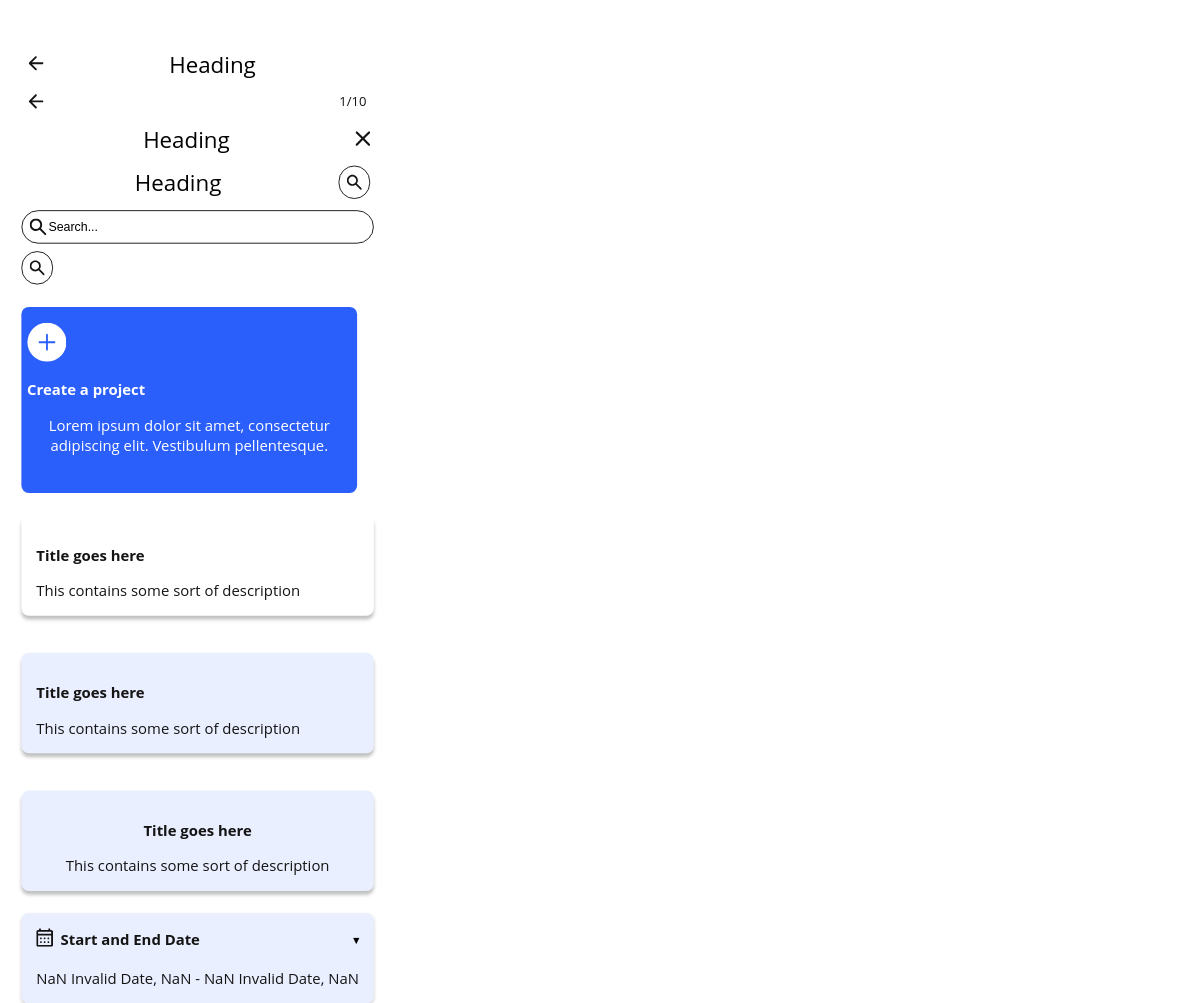
Repository: brunaguarizo/mosaic_app
Page: /
An editor plug-in stored every save of this project. The page is shown before and after the next save, followed by the edit.
The browser window is 1280 px wide. The pictures show the whole page, at 93% of full size.
The project was rebuilt for these pictures with package versions that can differ from the ones it lists, and the page was loaded fresh each time. The framework's server and built-in components were replaced by stand-ins that run in the browser. Also part of the build but not shown: next.config.mjs, app/_ui/navbar/navbar.js, app/_ui/Button/Button.js, app/_ui/Tag/Tag.js, app/_ui/Project_card/Project_card.js, app/_ui/Date_PopUp/Date_PopUp.module.css, app/_ui/Date_PopUp/Date_PopUp.js.

Above is the page before, as saved 2025-04-18 19:10:53.

### app/globals.css
/* ------------------------------------------------------ GENERAL STYLES ------------------------------------------------------ */
*,
*::before,
*::after {
    box-sizing: inherit;
}

html,
body {
    padding: 0;
    margin: 0;
    font-family: var(--font-family);
    box-sizing: border-box;
}

html {
    display: flex;
    justify-content: center;
    align-items: center;
    width: 393px;
    height: 100%;
    margin: var(--space-regular);
}

.container {
}

.two-column {
    display: grid;
    grid-template-columns: 1fr 1fr;
    gap: var(--space-large);
}

/* ------------------------------------------------------ VARIABLES ------------------------------------------------------ */
:root {
    /* ----- COLORS ----- */
    --blue-primary: rgb(43, 95, 252);
    --blue-50: rgb(234, 239, 255);
    --blue-900: rgb(18, 40, 106);
    --white: #ffffff;
    --black: rgb(20, 20, 20);
    --grey-400: rgb(67, 67, 67);
    --yellow-secondary: rgb(255, 218, 1);
    --orange-secondary: rgb(255, 94, 9);
    --green-secondary: rgb(0, 193, 79);
    --purple-secondary: rgb(154, 65, 255);

    /* ----- TYPE ----- */
    --font-family: "Open Sans", sans-serif;

    --header-xxlarge-size: 88px;
    --title-section-font-size: 30px;
    --button-font-size: 24px;
    --body-text-font-size: 20px;
    --menu-font-size: 16px;
    --label-font-size: 12px;

    --font-style-normal: normal;
    --font-weight-bold: bold;

    --line-height-xxlarge: 100px;
    --line-height-large: 36px;
    --line-height-medium: 28px;
    --line-height-small: 20px;

    /* ----- SPACING ----- */
    --space-small: 8px;
    --space-regular: 16px;
    --space-medium: 32px;
    --space-large: 48px;
    --space-extra-large: 140px;
}

### app/_ui/navbar/navbar.module.css

.nav {
    width: 393px;
    height: 72px;
    justify-content: center;
    align-items: center;
    display: flex;
    flex-direction: row;
    padding: 0;
    margin: 0;
    gap: var(--space-large);
    border-top: 1px solid var(--grey-50);
}

.navbar__item {
    display: flex;
    flex-direction: column;
    justify-content: center;
    align-items: center;
    gap: 4px;
    text-decoration: none;
    width: 60px;
    height: 44px;
    padding-left: 32px;
    padding-right: 32px;
    margin: 0;
}

.navbar__icon {
    max-width: 16px;
    padding: 0;
    margin: 0;
    fill: var(--black);
}

.navbar__text {
    color: var(--black);
    font-size: var(--label-font-size);
    font-weight: var(--font-weight-400);
    line-height: var(--line-height-small);
    text-decoration: none;
    padding: 0;
    margin: 0;
}

.navbar__item:hover .navbar__text,
.navbar__item:hover .navbar__icon,
.navbar__item:active .navbar__text,
.navbar__item:active .navbar__icon {
  color: var(--blue-primary);
  fill: var(--blue-primary);
}

/* ------------------------------------------------------ VARIABLES ------------------------------------------------------ */
:root {
    /* ----- COLORS ----- */
    --blue-primary: rgb(43,95,252);
    --blue-50: rgb(234, 239, 255);
    --blue-900: rgb(18, 40, 106);
    --white: #FFFFFF;
    --grey-50: #E8E8E8;
    --black: rgb(20, 20, 20);
    --grey-400: rgb(67, 67, 67);
    --yellow-secondary: rgb(255, 218, 1);
    --orange-secondary: rgb(255, 94, 9);
    --green-secondary: rgb(0, 193, 79);
    --purple-secondary: rgb(154, 65, 255);

    /* ----- TYPE ----- */
    --font-family: "Open Sans", sans-serif;

    --header-xxlarge-size: 88px;
    --title-section-font-size: 30px;
    --button-font-size: 24px;
    --body-text-font-size: 20px;
    --menu-font-size: 16px;
    --label-font-size: 12px;

    --font-style-normal: normal;
    --font-weight-bold: bold;

    --line-height-xxlarge: 100px;
    --line-height-large: 36px;
    --line-height-medium: 28px;
    --line-height-small: 20px;

    /* ----- SPACING ----- */
    --space-small: 8px;
    --space-regular: 16px;
    --space-medium: 32px;
    --space-large: 48px;
    --space-extra-large: 88px;
  }

### app/_ui/Project_card/Project_card.module.css
.card__container {
    display: flex;
    flex-direction: column;
    justify-content: center;
    align-items: center;
    background-color: var(--blue-50);
    border-radius: var(--space-small);
    padding: var(--space-regular);
    gap: var(--space-regular);
}

.card__menu {
    width: 100%;
    display: flex;
    justify-content: flex-end;
    padding: 0;
    margin: 0;
}

.card__icon {
    fill: var(--blue-primary);
    padding: 0;
    margin: 0;

    &:hover {
        fill: var(--blue-900);
    }
}

.card__title {
    font-family: var(--font-family);
    font-size: var(--font-size-regular);
    font-weight: var(--font-weight-bold);
    color: var(--black);
    padding: 0;
    margin: 0;
}

.card__text {
    font-family: var(--font-family);
    font-size: var(--font-size-small);
    font-weight: var(--font-weight-regular);
    color: var(--black);
    text-align: center;
    padding: 0;
    margin: 0;
    max-width: 220px;
}

.date {
    display: flex;
    align-items: center;
    gap: var(--space-small);
    padding: 0;
    margin: 0;
}

.date__icon {
    fill: var(--black);
    padding: 0;
    margin: 0;
}

/* ------------------------------------------------------ VARIABLES ------------------------------------------------------ */
:root {
    /* ----- COLORS ----- */
    --blue-primary: rgb(43, 95, 252);
    --blue-50: rgb(234, 239, 255);
    --blue-100: #bdcdfe;
    --blue-900: rgb(18, 40, 106);
    --white: #ffffff;
    --black: rgb(20, 20, 20);
    --grey-400: rgb(67, 67, 67);
    --yellow-secondary: rgb(255, 218, 1);
    --orange-secondary: rgb(255, 94, 9);
    --green-secondary: rgb(0, 193, 79);
    --purple-secondary: rgb(154, 65, 255);

    /* ----- TYPE ----- */
    --font-family: "Open Sans", sans-serif;

    --font-size-extra-large: 30px;
    --font-size-large: 24px;
    --font-size-medium: 20px;
    --font-size-regular: 16px;
    --font-size-small: 12px;

    --font-style-normal: normal;
    --font-weight-bold: bold;

    --line-height-xxlarge: 100px;
    --line-height-large: 36px;
    --line-height-medium: 28px;
    --line-height-small: 20px;

    /* ----- SPACING ----- */
    --space-small: 8px;
    --space-regular: 16px;
    --space-medium: 32px;
    --space-large: 48px;
    --space-extra-large: 140px;
}

### app/_ui/Button/Button.module.css
.button {
    font-family: var(--font-family);
    font-size: var(--font-size-regular);
    font-weight: var(--font-weight-bold);
    width: 100%;
    padding-top: var(--space-small);
    padding-left: var(--space-regular);
    padding-right: var(--space-regular);
    padding-bottom: var(--space-small);
    border-radius: 100px;
    align-items: center;
    border: none;

    &:hover {
        background-color: var(--blue-900);
        color: var(--white);
    }
}

.primary {
    background: var(--blue-primary);
    color: var(--white);
}

.secondary {
    background-color: var(--white);
    border: 1px solid var(--blue-primary);
    color: var(--blue-primary);
}

.disabled {
    pointer-events: none;
    color: var(--white);
    background-color: var(--blue-100);
}

.small {
    font-size: var(--font-size-small);
    padding: var(--space-small);
    align-items: center;
}

.large {
    font-size: var(--font-size-large);
    padding: var(--space-regular);
}

.error {
    background-color: var(--orange-secondary);
}

/* ------------------------------------------------------ VARIABLES ------------------------------------------------------ */
:root {
    /* ----- COLORS ----- */
    --blue-primary: rgb(43, 95, 252);
    --blue-50: rgb(234, 239, 255);
    --blue-100: #bdcdfe;
    --blue-900: rgb(18, 40, 106);
    --white: #ffffff;
    --black: rgb(20, 20, 20);
    --grey-400: rgb(67, 67, 67);
    --yellow-secondary: rgb(255, 218, 1);
    --orange-secondary: rgb(255, 94, 9);
    --green-secondary: rgb(0, 193, 79);
    --purple-secondary: rgb(154, 65, 255);

    /* ----- TYPE ----- */
    --font-family: "Open Sans", sans-serif;

    --font-size-extra-large: 30px;
    --font-size-large: 24px;
    --font-size-medium: 20px;
    --font-size-regular: 16px;
    --font-size-small: 12px;

    --font-style-normal: normal;
    --font-weight-bold: bold;

    --line-height-xxlarge: 100px;
    --line-height-large: 36px;
    --line-height-medium: 28px;
    --line-height-small: 20px;

    /* ----- SPACING ----- */
    --space-small: 8px;
    --space-regular: 16px;
    --space-medium: 32px;
    --space-large: 48px;
    --space-extra-large: 140px;
}

### app/_ui/Date_Card/Date_Card.module.css
.card {
    background-color: var(--blue-50);
    border-radius: var(--space-small);
    padding: var(--space-regular);
    gap: var(--space-regular);
    box-shadow: 0 2px 4px rgba(0, 0, 0, 0.2);
    font-family: var(--font-family);
    cursor: pointer;
    display: flex;
    flex-direction: column;
    width: fit-content;
}

.header {
    display: flex;
    align-items: center;
    gap: var(--space-small);
    font-size: var(--font-size-regular);
    font-weight: var(--font-weight-bold);
    color: var(--black);
}

.label {
    flex-grow: 1;
}

.arrow {
    font-size: var(--font-size-small);
    color: black;
}

.arrow:hover {
    font-size: var(--font-size-small);
    color: var(--blue-primary);
}

.dateRange {
    margin-top: 2px;
    font-size: var(--font-size-regular);
    color: var(--black);
}

/* ------------------------------------------------------ VARIABLES ------------------------------------------------------ */
:root {
    /* ----- COLORS ----- */
    --blue-primary: rgb(43, 95, 252);
    --blue-50: rgb(234, 239, 255);
    --blue-100: #bdcdfe;
    --blue-900: rgb(18, 40, 106);
    --white: #ffffff;
    --black: rgb(20, 20, 20);
    --grey-400: rgb(67, 67, 67);
    --yellow-secondary: rgb(255, 218, 1);
    --orange-secondary: rgb(255, 94, 9);
    --green-secondary: rgb(0, 193, 79);
    --purple-secondary: rgb(154, 65, 255);

    /* ----- TYPE ----- */
    --font-family: "Open Sans", sans-serif;

    --font-size-extra-large: 30px;
    --font-size-large: 24px;
    --font-size-medium: 20px;
    --font-size-regular: 16px;
    --font-size-small: 12px;

    --font-style-normal: normal;
    --font-weight-bold: bold;

    --line-height-xxlarge: 100px;
    --line-height-large: 36px;
    --line-height-medium: 28px;
    --line-height-small: 20px;

    /* ----- SPACING ----- */
    --space-small: 8px;
    --space-regular: 16px;
    --space-medium: 32px;
    --space-large: 48px;
    --space-extra-large: 140px;
}

### app/_ui/Create_Project_Button/Create_Project_Button.module.css
.button_background {
    background-color: var(--blue-primary);
    border-radius: var(--space-small);
    border: none;
    width: 361px;
    height: 200px;
    display: flex;
    flex-direction: column;
    margin-top: var(--space-regular);
}

.button_icon {
    width: 42px;
    height: 42px;
    align-self: center;
    box-sizing: content-box;
    margin-top: var(--space-regular);
}

.button_heading {
    text-align: center;
    font-family: "Open Sans", sans-serif;
    font-size: var(--menu-font-size);
    font-weight: var(--font-weight-bold);
    color: white;
    padding: 0px;
    border: 0px;
    margin-top: var(--space-regular);
    margin-bottom: 0px;
}

.button_description {
    font-family: "Open Sans", sans-serif;
    font-size: var(--menu-font-size);
    font-style: var(--font-weight-normal);
    color: white;
    border: 0px;
    padding: 0px;
    margin-top: var(--space-regular);
    margin-bottom: 0px;
}
/* ------------------------------------------------------ VARIABLES ------------------------------------------------------ */
:root {
    /* ----- COLORS ----- */
    --blue-primary: rgb(43, 95, 252);
    --blue-50: rgb(234, 239, 255);
    --blue-900: rgb(18, 40, 106);
    --white: #ffffff;
    --grey-50: #e8e8e8;
    --black: rgb(20, 20, 20);
    --grey-400: rgb(67, 67, 67);
    --yellow-secondary: rgb(255, 218, 1);
    --orange-secondary: rgb(255, 94, 9);
    --green-secondary: rgb(0, 193, 79);
    --purple-secondary: rgb(154, 65, 255);

    /* ----- TYPE ----- */
    --font-family: "Open Sans", sans-serif;

    --header-xxlarge-size: 88px;
    --title-section-font-size: 30px;
    --button-font-size: 24px;
    --body-text-font-size: 20px;
    --menu-font-size: 16px;
    --label-font-size: 12px;

    --font-style-normal: normal;
    --font-weight-bold: bold;

    --line-height-xxlarge: 100px;
    --line-height-large: 36px;
    --line-height-medium: 28px;
    --line-height-small: 20px;

    /* ----- SPACING ----- */
    --space-small: 8px;
    --space-regular: 16px;
    --space-medium: 32px;
    --space-large: 48px;
    --space-extra-large: 140px;
}

### app/_ui/Search_Bar/Search_Bar.module.css
.primary {
    border: 1px solid var(--black);
    padding: 8px;
    box-sizing: content-box;
    display: flex;
    flex-direction: row;
    border-radius: 100px;
}

.secondary {
    border: 1px solid var(--black);
    border-radius: 100px;
    width: var(--space-regular);
}

.visible {
    border: none;
}
.invisible {
    display: none;
}

.search_item {
    border: none;
}

.search_item:focus {
    outline: none;
    box-shadow: none;
}

/* ------------------------------------------------------ VARIABLES ------------------------------------------------------ */
:root {
    /* ----- COLORS ----- */
    --blue-primary: rgb(43, 95, 252);
    --blue-50: rgb(234, 239, 255);
    --blue-900: rgb(18, 40, 106);
    --white: #ffffff;
    --grey-50: #e8e8e8;
    --black: rgb(20, 20, 20);
    --grey-400: rgb(67, 67, 67);
    --yellow-secondary: rgb(255, 218, 1);
    --orange-secondary: rgb(255, 94, 9);
    --green-secondary: rgb(0, 193, 79);
    --purple-secondary: rgb(154, 65, 255);

    /* ----- TYPE ----- */
    --font-family: "Open Sans", sans-serif;

    --header-xxlarge-size: 88px;
    --title-section-font-size: 30px;
    --button-font-size: 24px;
    --body-text-font-size: 20px;
    --menu-font-size: 16px;
    --label-font-size: 12px;

    --font-style-normal: normal;
    --font-weight-bold: bold;

    --line-height-xxlarge: 100px;
    --line-height-large: 36px;
    --line-height-medium: 28px;
    --line-height-small: 20px;

    /* ----- SPACING ----- */
    --space-small: 8px;
    --space-regular: 16px;
    --space-medium: 32px;
    --space-large: 48px;
    --space-extra-large: 140px;
}

### app/_ui/Heading_Bar/Heading_Bar.module.css
.contentInner {
    display: flex;
    flex-direction: column;
    gap: 16px;
}

.row {
    display: flex;
    align-items: center;
}

.heading {
    flex-grow: 1;
    text-align: center;
    font-weight: 500;
    font-size: var(--button-font-size);
}

.icon {
    color: var(--blue-50);
    display: flex;
    align-items: center;
    justify-content: center;
}
.visible {
    display: flex;
}

.hidden {
    display: none;
}

.iconButton {
    background: none;
    border: none;
    cursor: pointer;
    color: var(--blue-50);
    display: flex;
    align-items: center;
    justify-content: center;
    padding: 4px;
}

.iconButton:hover {
    background-color: var(--blue-50);
    border-radius: 50%;
}

.pagination {
    flex-grow: 1;
    text-align: right;
    color: var(--black);
    font-size: 14px;
    padding-right: 8px;
}
/* ------------------------------------------------------ VARIABLES ------------------------------------------------------ */
:root {
    /* ----- COLORS ----- */
    --blue-primary: rgb(43, 95, 252);
    --blue-50: rgb(234, 239, 255);
    --blue-900: rgb(18, 40, 106);
    --white: #ffffff;
    --grey-50: #e8e8e8;
    --black: rgb(20, 20, 20);
    --grey-400: rgb(67, 67, 67);
    --yellow-secondary: rgb(255, 218, 1);
    --orange-secondary: rgb(255, 94, 9);
    --green-secondary: rgb(0, 193, 79);
    --purple-secondary: rgb(154, 65, 255);

    /* ----- TYPE ----- */
    --font-family: "Open Sans", sans-serif;

    --header-xxlarge-size: 88px;
    --title-section-font-size: 30px;
    --button-font-size: 24px;
    --body-text-font-size: 20px;
    --menu-font-size: 16px;
    --label-font-size: 12px;

    --font-style-normal: normal;
    --font-weight-bold: bold;

    --line-height-xxlarge: 100px;
    --line-height-large: 36px;
    --line-height-medium: 28px;
    --line-height-small: 20px;

    /* ----- SPACING ----- */
    --space-small: 8px;
    --space-regular: 16px;
    --space-medium: 32px;
    --space-large: 48px;
    --space-extra-large: 140px;
}

### app/_ui/Tag/Tag.module.css
.tag {
    font-family: var(--font-family);
    font-size: var(--font-size-small);
    font-weight: var(--font-weight-regular);
    width: 80px;
    padding: var(--space-extra-small);
    border-radius: 100px;
    border: none;
    background-color: var(--orange-secondary);

    display: flex;
    justify-content: center;
    align-items: center;
    text-align: center;
}

/* ------------------------------------------------------ VARIABLES ------------------------------------------------------ */
:root {
    /* ----- COLORS ----- */
    --blue-primary: rgb(43, 95, 252);
    --blue-50: rgb(234, 239, 255);
    --blue-100: #bdcdfe;
    --blue-900: rgb(18, 40, 106);
    --white: #ffffff;
    --black: rgb(20, 20, 20);
    --grey-400: rgb(67, 67, 67);
    --yellow-secondary: rgb(255, 218, 1);
    --orange-secondary: rgb(255, 94, 9);
    --green-secondary: rgb(0, 193, 79);
    --purple-secondary: rgb(154, 65, 255);

    /* ----- TYPE ----- */
    --font-family: "Open Sans", sans-serif;

    --font-size-extra-large: 30px;
    --font-size-large: 24px;
    --font-size-medium: 20px;
    --font-size-regular: 16px;
    --font-size-small: 12px;

    --font-style-normal: normal;
    --font-weight-bold: bold;

    --line-height-xxlarge: 100px;
    --line-height-large: 36px;
    --line-height-medium: 28px;
    --line-height-small: 20px;

    /* ----- SPACING ----- */
    --space-extra-small: 4px;
    --space-small: 8px;
    --space-regular: 16px;
    --space-medium: 32px;
    --space-large: 48px;
    --space-extra-large: 140px;
}

Loaded but not shown: app/layout.js (common file); app/_ui/Heading_Bar/Heading_Bar.js (110 lines, source omitted); app/_ui/Date_Card/Date_Card.js (50 lines, source omitted); app/_ui/Search_Bar/Search_Bar.js (36 lines, source omitted); app/page.js (56 lines, source omitted); app/_ui/Create_Project_Button/Create_Project_Button.js (38 lines, source omitted); app/_ui/Description_Box/Description_Box.js (18 lines, source omitted); app/page.module.css (174 lines, source omitted); app/_ui/Description_Box/Description_Box.module.css (94 lines, source omitted)

After the next save:
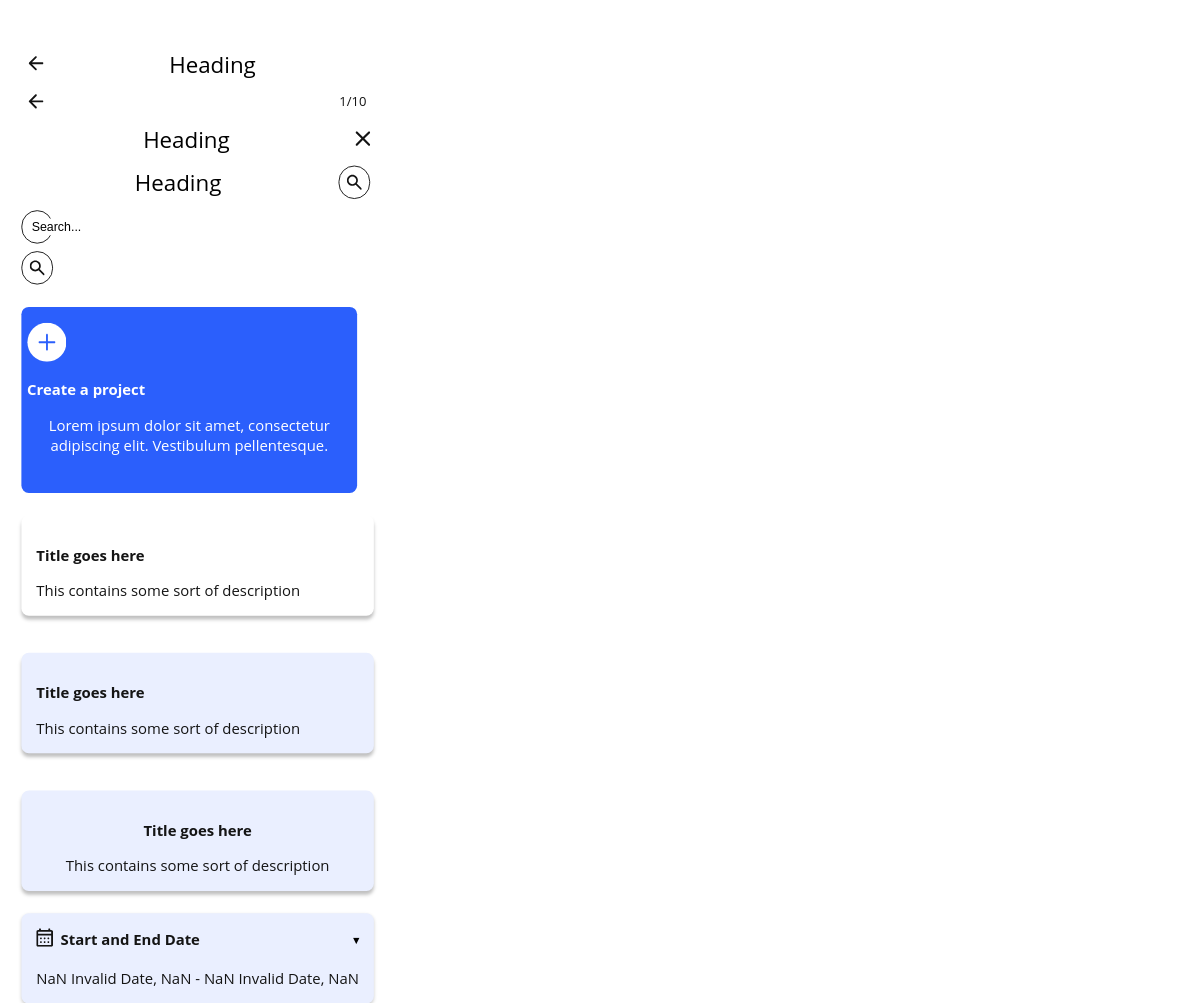
Saved 22 s later.
--- a/app/_ui/Search_Bar/Search_Bar.module.css
+++ b/app/_ui/Search_Bar/Search_Bar.module.css
@@ -5,6 +5,7 @@
     display: flex;
     flex-direction: row;
     border-radius: 100px;
+    width: var(--space-regular);
 }
 
 .secondary {

After the save that followed:
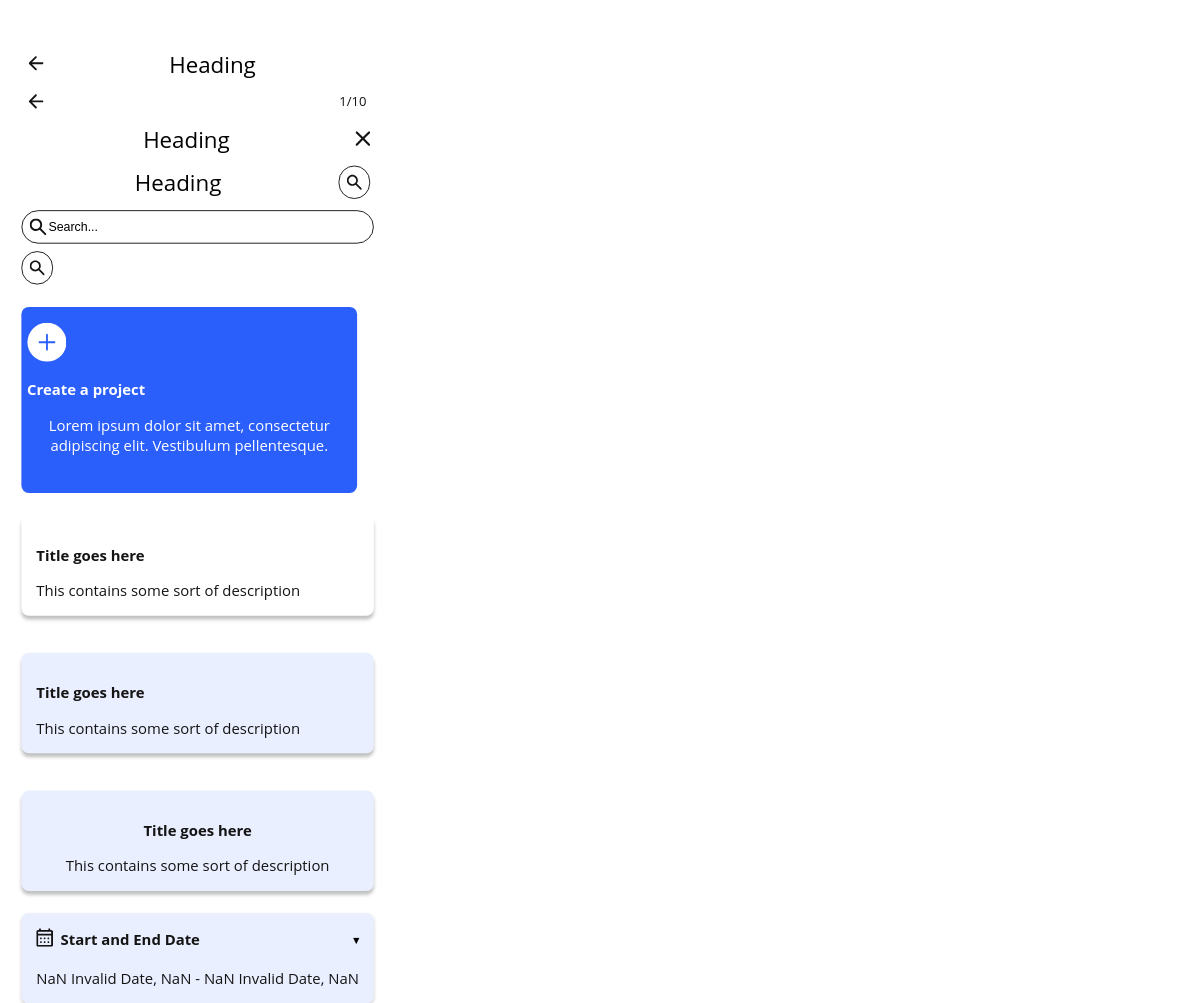
Saved 4 s later.
--- a/app/_ui/Search_Bar/Search_Bar.module.css
+++ b/app/_ui/Search_Bar/Search_Bar.module.css
@@ -5,7 +5,6 @@
     display: flex;
     flex-direction: row;
     border-radius: 100px;
-    width: var(--space-regular);
 }
 
 .secondary {
